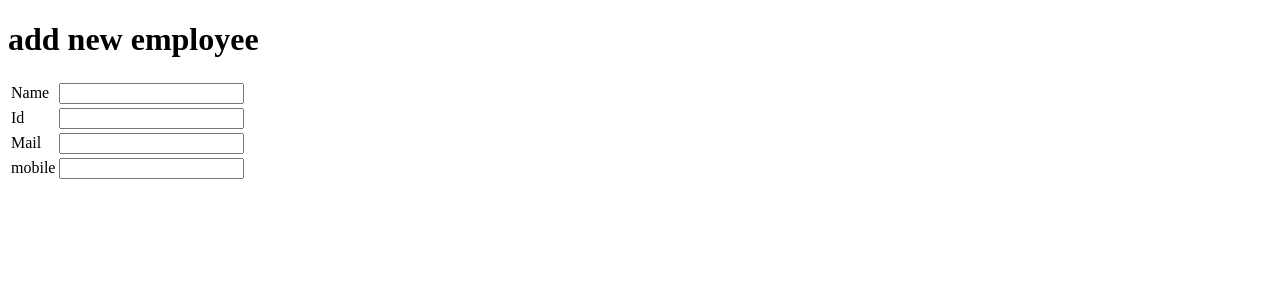
Repository: zeeshan495/AdvanceJava
Page: CrudServlets/WebContent/index.html
These files come from the project's save history. The page is drawn as it stood at one moment and after the next save; the edit follows.
The browser window is 1280 px wide. The pictures show the whole page.

Above is the page before, as saved 2018-06-28 09:36:19.

### CrudServlets/WebContent/index.html
<!Doctype html>
<html>
<head>
<meta charset="UTF-8">
<title>Employees Details</title>
</head>
<body>
<h1>add new employee</h1>
<form action="saveServlet" method="post">
<table>
<tr><td>Name</td><td><input type="text" name="name"></td></tr>
<tr><td>Id</td><td><input type="text" name="id"></td></tr>
<tr><td>Mail</td><td><input type="email" name="mail"></td></tr>
<tr><td>mobile</td><td><input type="text" name="number"></td></tr>

</table>
</form>
</body>
</html>

After the next save:
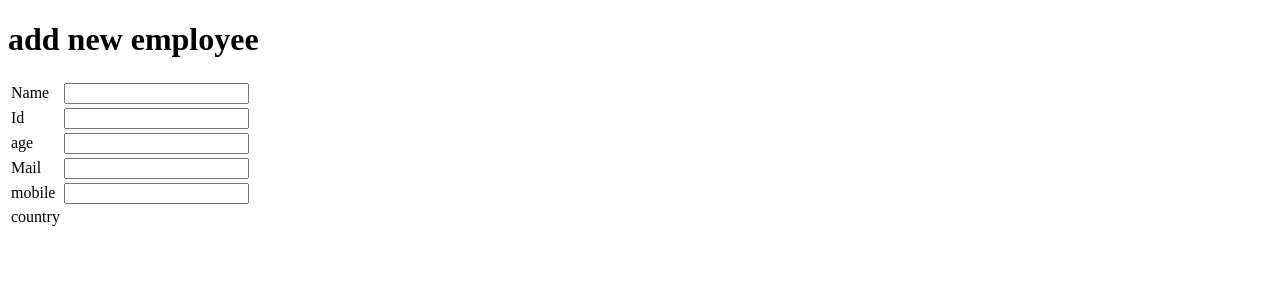
Saved 80 s later.
--- a/CrudServlets/WebContent/index.html
+++ b/CrudServlets/WebContent/index.html
@@ -10,9 +10,10 @@
 <table>
 <tr><td>Name</td><td><input type="text" name="name"></td></tr>
 <tr><td>Id</td><td><input type="text" name="id"></td></tr>
+<tr><td>age</td><td><input type="text" name="age"></td></tr>
 <tr><td>Mail</td><td><input type="email" name="mail"></td></tr>
 <tr><td>mobile</td><td><input type="text" name="number"></td></tr>
-
+<tr><td>country</td><td>
 </table>
 </form>
 </body>
